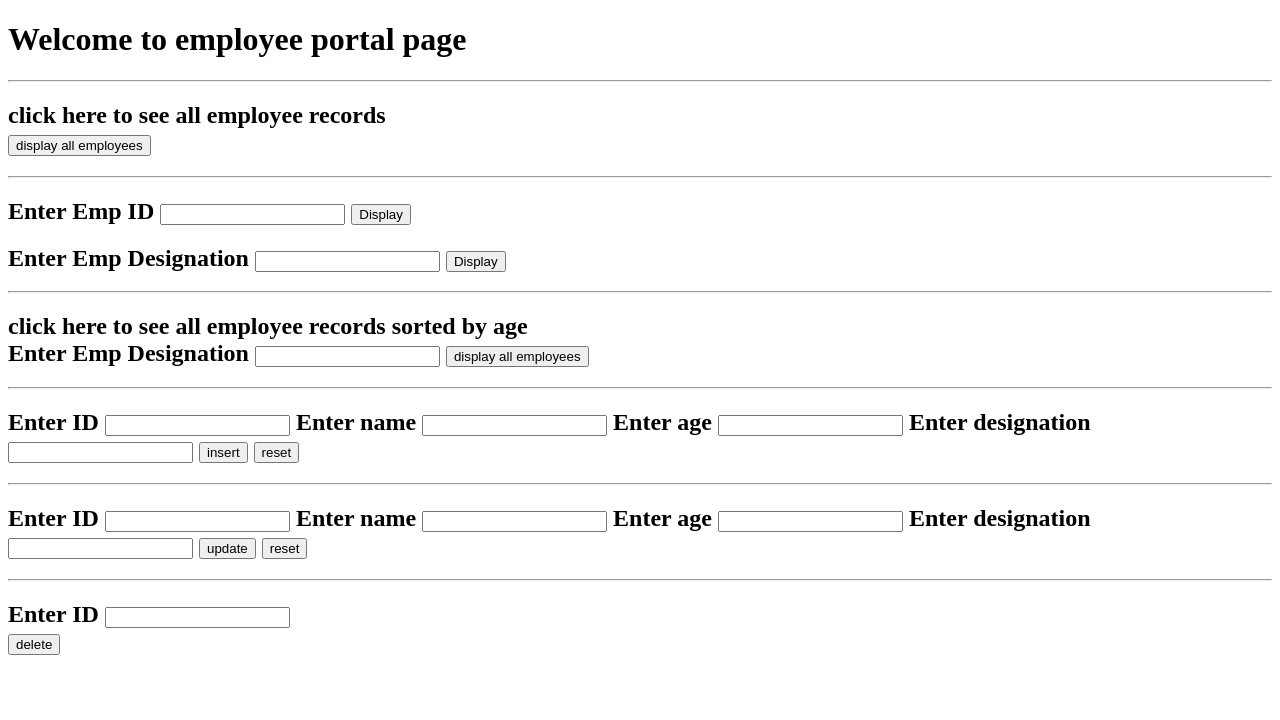
Repository: sushmasetti/Angular1
Page: http://localhost/dbDemo/welcome.jsp
An editor plug-in stored every save of this project. The page is shown before and after the next save, followed by the edit.
The browser window is 1280 px wide. The pictures show the whole page.
The page is served by Tomcat 9.

Above is the page before, as saved 2019-08-17 19:32:12.

After the next save:
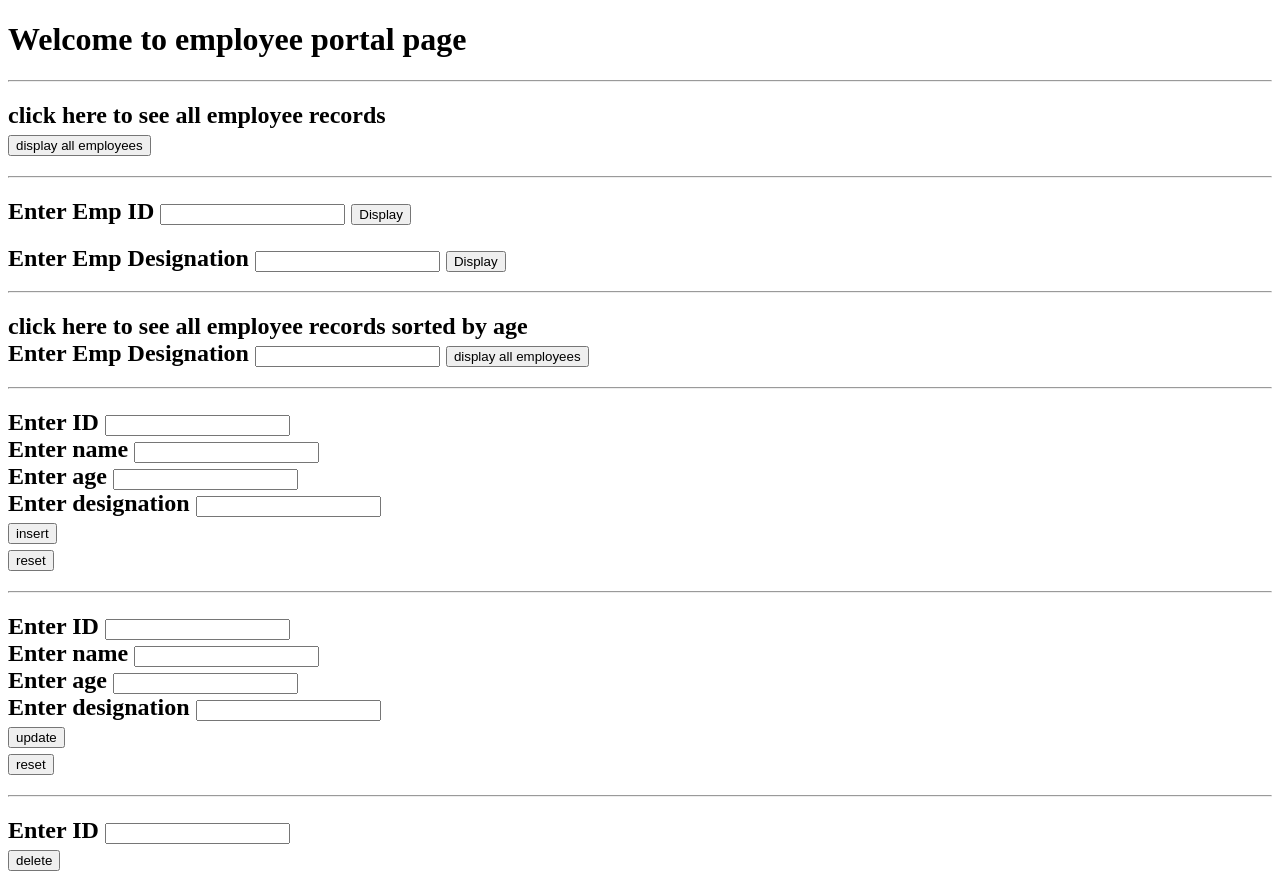
Saved 28 s later.
--- a/Spring/dbDemo/src/main/webapp/welcome.jsp
+++ b/Spring/dbDemo/src/main/webapp/welcome.jsp
@@ -42,11 +42,11 @@ Enter Emp Designation <input type="text" name="designation">
 <hr>
 <form action="insertEmp" method="post">
 <h2>
-Enter ID <input type="text" name="eid">
-Enter name <input type="text" name="name">
-Enter age <input type="text" name="age">
-Enter designation <input type="text" name="designation">
-<input type="submit" name="submit" value="insert">
+Enter ID <input type="text" name="eid"><br>
+Enter name <input type="text" name="name"><br>
+Enter age <input type="text" name="age"><br>
+Enter designation <input type="text" name="designation"><br>
+<input type="submit" name="submit" value="insert"><br>
 <input type="reset" name="reset" value="reset">
 </h2>
 </form>
@@ -55,11 +55,11 @@ Enter designation <input type="text" name="designation">
 <hr>
 <form action="updateEmp" method="post">
 <h2>
-Enter ID <input type="text" name="eid">
-Enter name <input type="text" name="name">
-Enter age <input type="text" name="age">
-Enter designation <input type="text" name="designation">
-<input type="submit" name="submit" value="update">
+Enter ID <input type="text" name="eid"><br>
+Enter name <input type="text" name="name"><br>
+Enter age <input type="text" name="age"><br>
+Enter designation <input type="text" name="designation"><br>
+<input type="submit" name="submit" value="update"><br>
 <input type="reset" name="reset" value="reset">
 </h2>
 </form>
